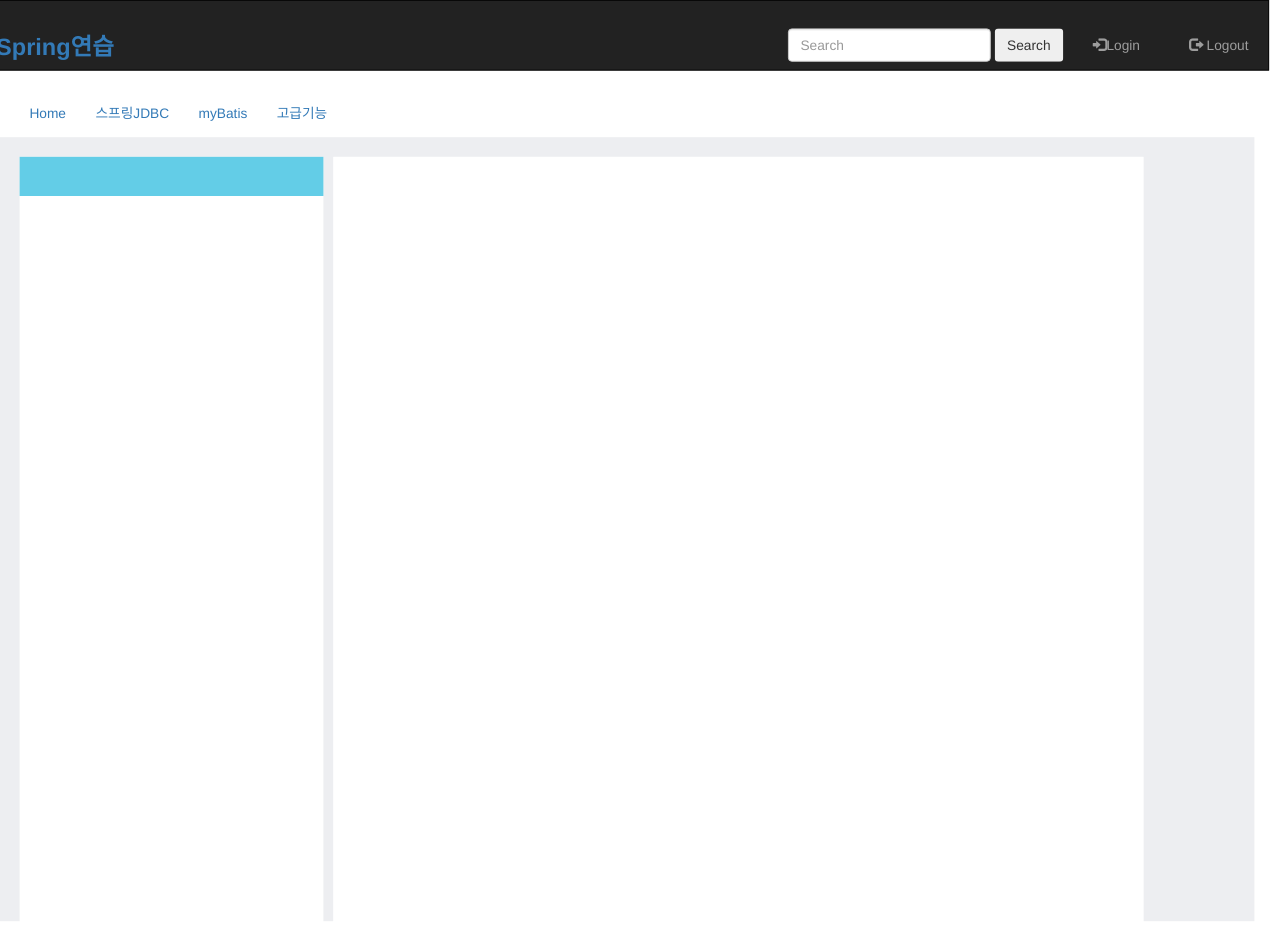
Repository: sonic247897/multicampus-sts
Page: http://localhost/springmvc/template/mainLayout.jsp
These files come from the project's save history. The page is drawn as it stood at one moment and after the next save; the edit follows.
The browser window is 1280 px wide. The page is 1309 px wide, so the pictures cover 1309 px, including what lies to the right of the window. The pictures show the whole page, at 98% of full size.
The page is served by Tomcat 9.

Above is the page before, as saved 2020-01-29 06:48:44.

After the next save:
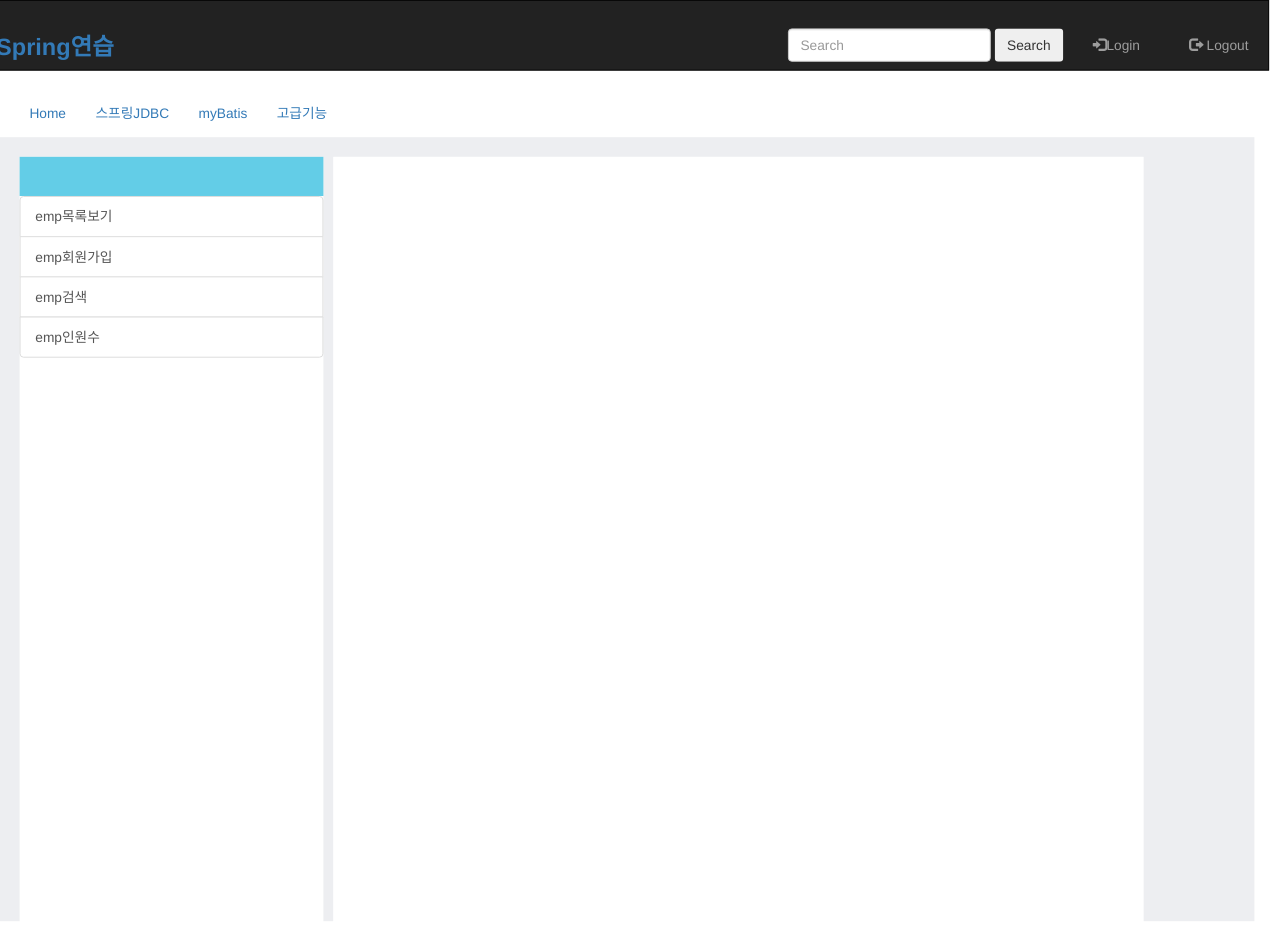
Saved 90 s later.
--- a/springmvc/WebContent/template/mainLayout.jsp
+++ b/springmvc/WebContent/template/mainLayout.jsp
@@ -44,7 +44,7 @@
 				<div style="border-color: white; height: 800px;">
 					<div
 						style="background-color: #63cde7; padding: 20px; font-family: HY-견고딕; font-size: 16pt; color: white; font-weight: bolder;"></div>
-					<jsp:include page=""></jsp:include>
+					<jsp:include page="../menu/spring_jdbc.jsp"></jsp:include>
 				</div>
 			</div>
 			<div class="col-sm-8" style="background-color: white; height: 800px;">
